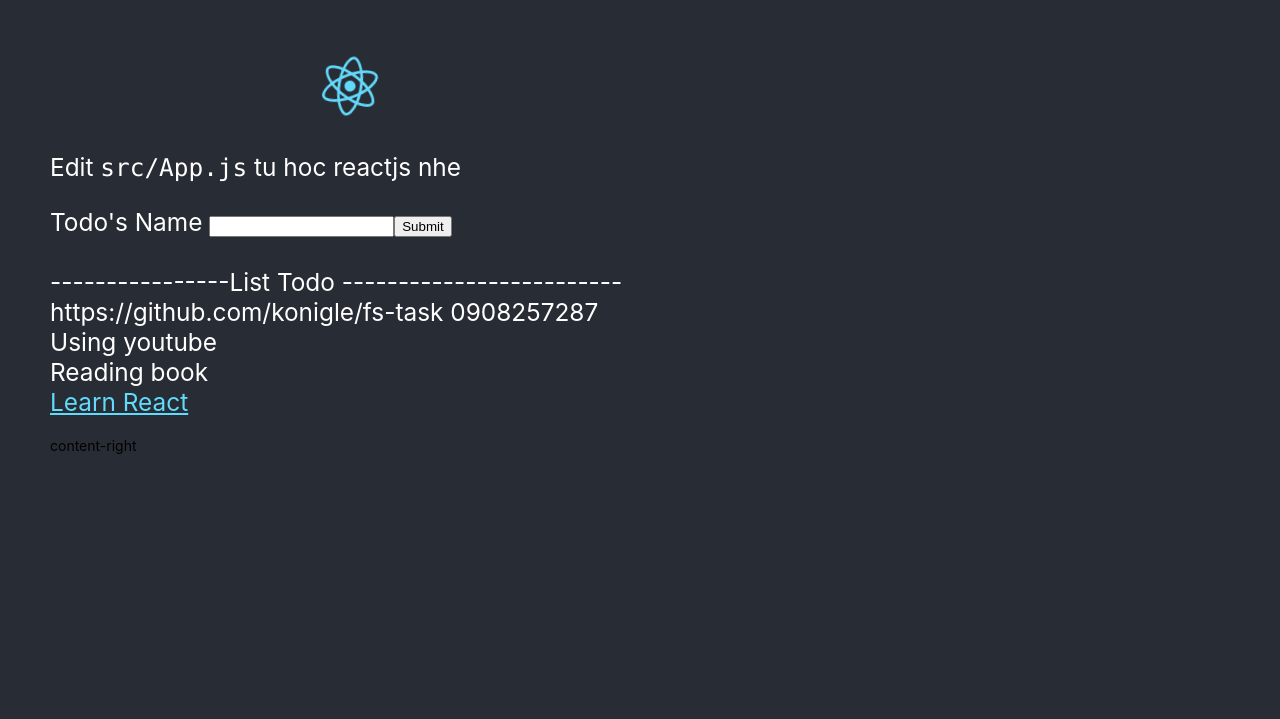
Repository: baothi/learn-reactjs
Page: /
An editor plug-in stored every save of this project. The page is shown before and after the next save, followed by the edit.
The browser window is 1280 px wide. The pictures show the whole page.
The project was rebuilt for these pictures with package versions that can differ from the ones it lists, and the page was loaded fresh each time.

Above is the page before, as saved 2022-10-04 17:25:08.

After the next save:
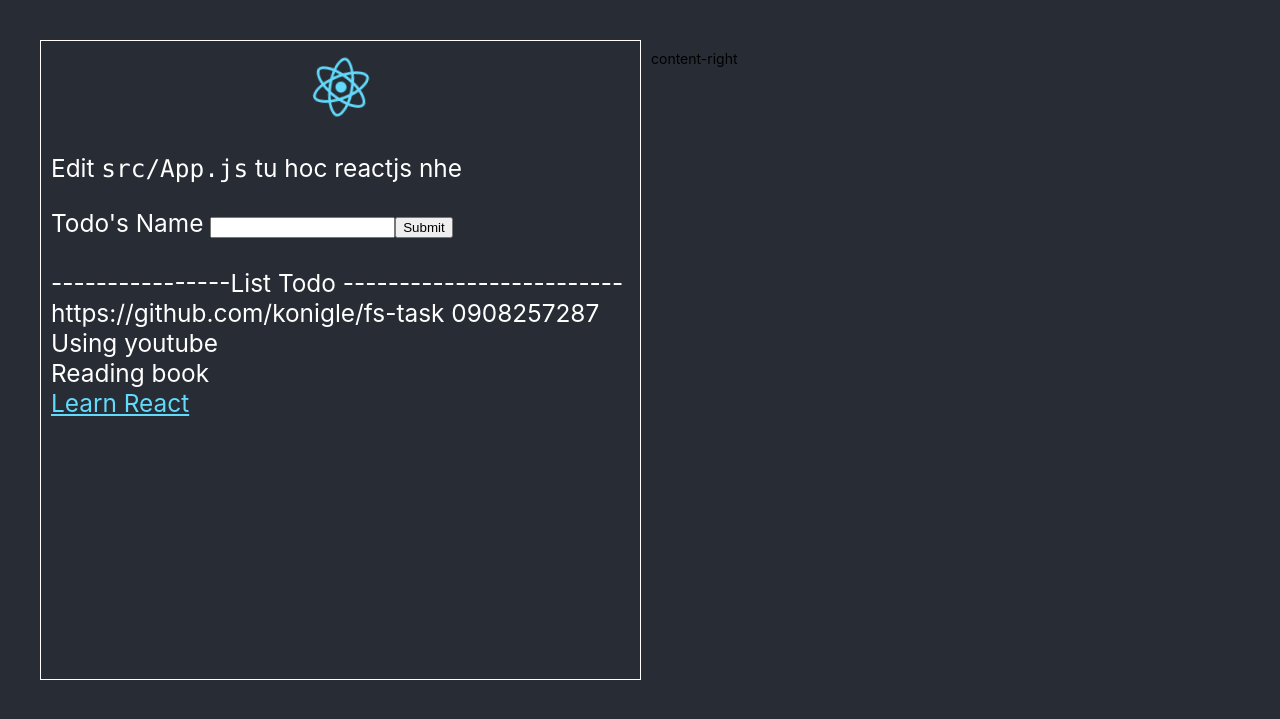
Saved 15 min 48 s later.
--- a/src/App.css
+++ b/src/App.css
@@ -4,6 +4,7 @@
   font-size: 14px;
   background-color: #282c34;
   height: calc(100vh - 80px);
+  display: flex;
 }
 
 .App-logo {
@@ -45,6 +46,7 @@
 .content-left {
   width: 50%;
   padding: 10px;
+  border: 1px solid;
 }
 
 .content-right {
